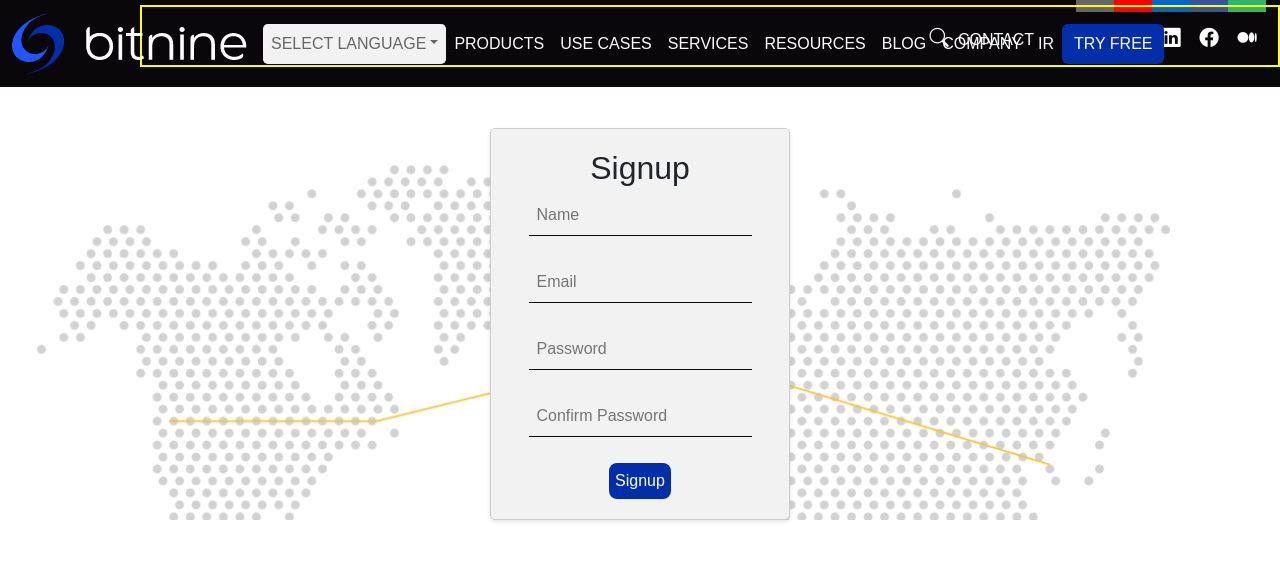
Repository: devblackie/signinpage
Page: /
An editor plug-in stored every save of this project. The page is shown before and after the next save, followed by the edit.
The browser window is 1280 px wide. The pictures show the whole page.
Some web fonts or font styles are not loaded; a fallback is used. The project was rebuilt for these pictures with package versions that can differ from the ones it lists, and the page was loaded fresh each time. Also part of the build but not shown: vite.config.js, src/components/Login.jsx, src/components/Dashboard.jsx, src/components/Home.jsx, src/components/ProtectedDashboard.jsx.

Above is the page before, as saved 2023-08-28 17:27:13.

After the next save:
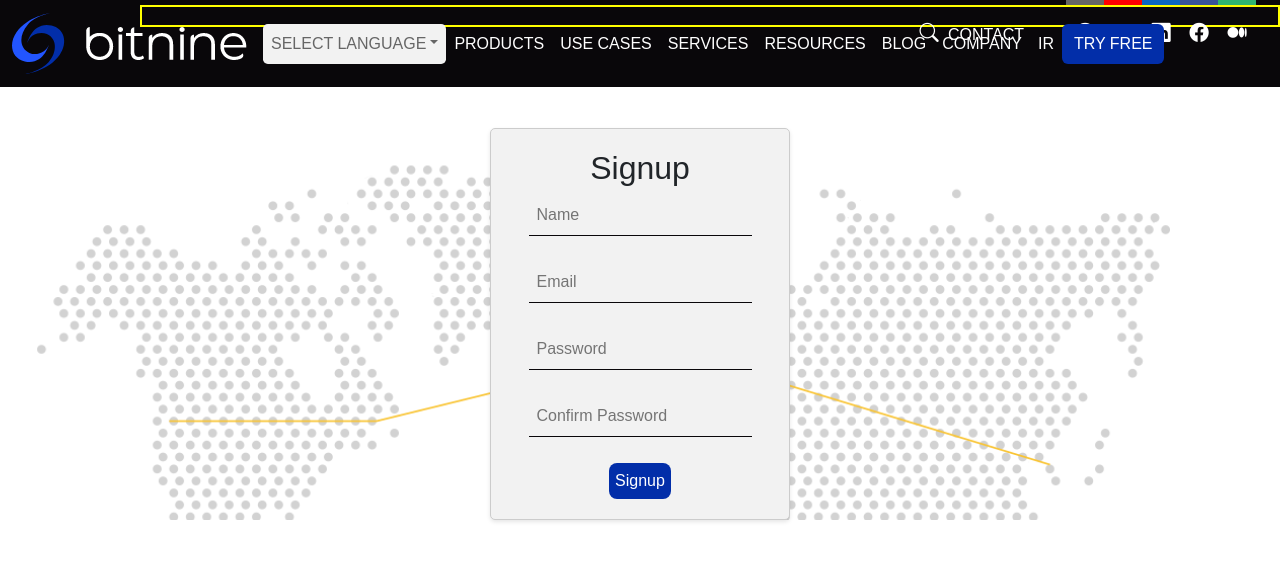
Saved 16 s later.
--- a/src/components/style/navbar.css
+++ b/src/components/style/navbar.css
@@ -32,7 +32,7 @@
   border: none;
   display: flex;
   list-style: none;
-  margin: 5px 0 10px -25px;
+  margin:  0 10px -25px;
   float: right;
 }
 ul.social-network .hovver {

After the save that followed:
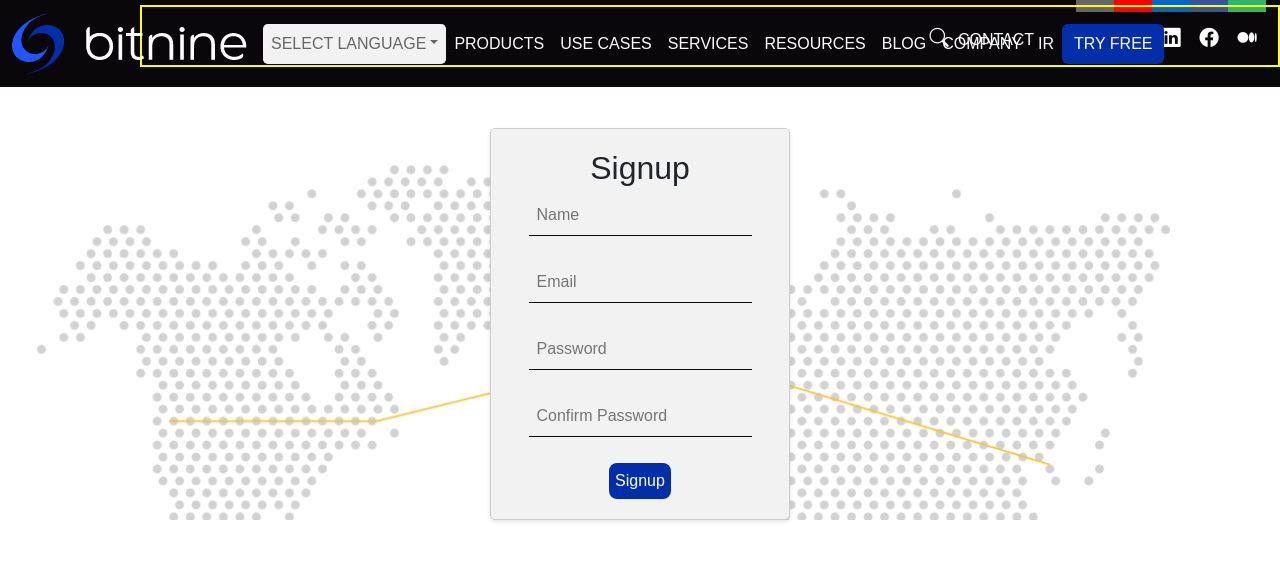
Saved 5 s later.
--- a/src/components/style/navbar.css
+++ b/src/components/style/navbar.css
@@ -32,7 +32,7 @@
   border: none;
   display: flex;
   list-style: none;
-  margin:  0 10px -25px;
+  margin: 5px 0 10px -25px;
   float: right;
 }
 ul.social-network .hovver {
